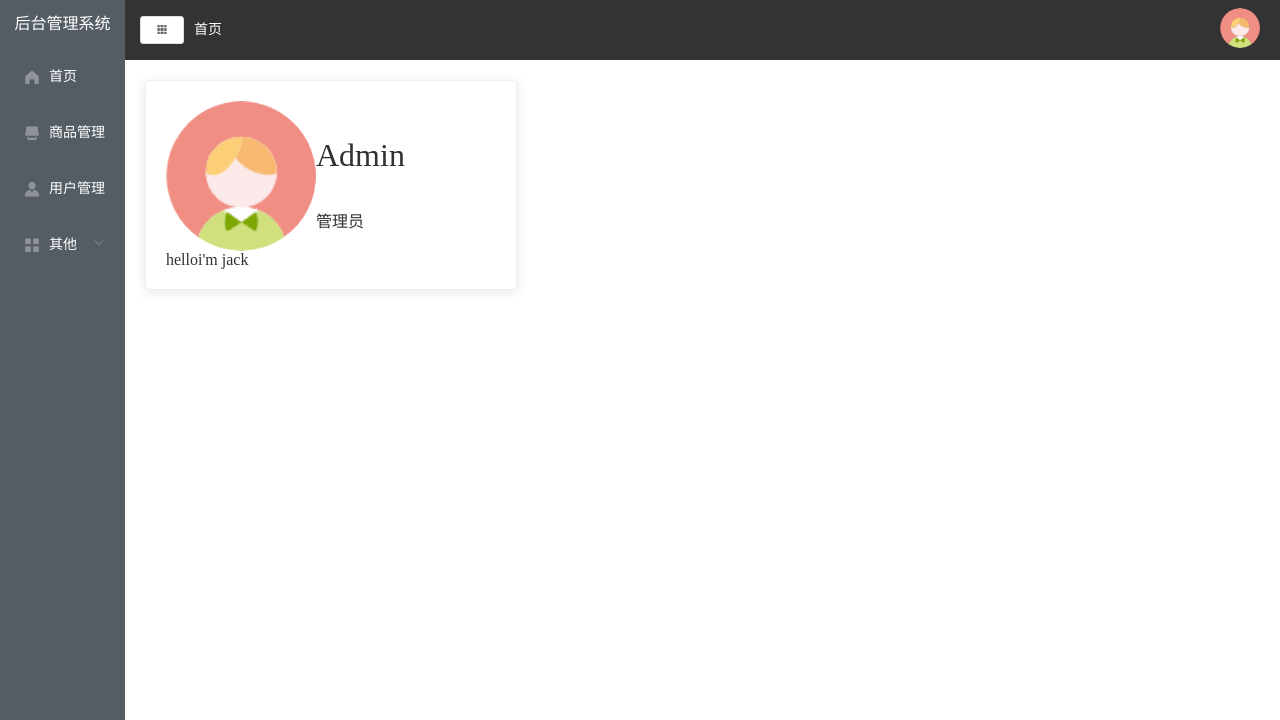
Repository: tkqi/manage
Page: /
An editor plug-in stored every save of this project. The page is shown before and after the next save, followed by the edit.
The browser window is 1280 px wide. The pictures show the whole page.
The project was rebuilt for these pictures with package versions that can differ from the ones it lists, and the page was loaded fresh each time. Also part of the build but not shown: vue.config.js.

Above is the page before, as saved 2023-12-03 15:38:29.

### src/main.js
import Vue from 'vue'
import App from './App.vue'
import router from './router'
import store from './store'
import ElementUI from 'element-ui';
import 'element-ui/lib/theme-chalk/index.css';

Vue.config.productionTip = false
Vue.use(ElementUI);

new Vue({
  router,
  store,
  render: h => h(App)
}).$mount('#app')

### src/App.vue
<template>
  <div id="app">
    <!-- 路由出口 -->
    <router-view />
  </div>
</template>

<script>
export default {
  name: 'App'
}
</script>

<style lang="less">
html,
body,
h3 {
  margin: 0;
  padding: 0;
}
</style>

### src/router/index.js
import Vue from 'vue'
import VueRouter from 'vue-router'
import routes from './routes'
Vue.use(VueRouter)


const router = new VueRouter({
  routes: routes
})

// 暴露router实例
export default router

### src/store/index.js
import Vue from 'vue'
import Vuex from 'vuex'
import tab from './tab.js'

Vue.use(Vuex)

const store = new Vuex.Store({
  state: {

  },
  getters: {
  },
  mutations: {
  },
  actions: {
  },
  modules: {
    tab
  }
})

export default store;

### src/router/routes.js
export default [
    // 主路由
    {
        path: '/',
        component: () => import('../views/Main.vue'),
        redirect: '/home',// 重定向
        // 子路由
        children: [
            {
                // 首页
                path: '/home',
                // 路由组件懒加载
                component: () => import('../views/Home.vue')
            },
            {
                // 用户管理
                path: '/user',
                component: () => import('../views/User.vue')
            },
            {
                // 商品管理
                path: '/mall',
                component: () => import('../views/Mall.vue')
            },
            {
                // 其他/页面1
                path: '/page1',
                component: () => import('../views/Page1.vue')
            },
            {
                // 其他/页面2
                path: '/page2',
                component: () => import('../views/Page2.vue')
            },
        ]
    },
    {
        path: '/home',
        // 路由组件懒加载
        component: () => import('../views/Home.vue')
    },
    {
        path: '/user',
        component: () => import('../views/User.vue')
    }
]

### src/store/tab.js
// 菜单相关数据
export default {
    state: {
        isCollapse: false
    },
    getters: {
        getisCollapse: (state) => state.isCollapse
    },
    mutations: {
        EDITIsCollapse(state){
            state.isCollapse = !state.isCollapse;
        }
    }
}

### src/views/Main.vue
<!-- eslint-disable vue/multi-word-component-names -->
<template>
    <div>
        <el-container>
            <el-aside width="auto">
                <sidebar />
            </el-aside>
            <el-container>
                <el-header>
                    <topbar />
                </el-header>
                <el-main>
                    <transition>
                        <router-view />
                    </transition>
                </el-main>
            </el-container>
        </el-container>
    </div>
</template>

<script>
import sidebar from '../components/sidebar.vue'
import topbar from '../components/topbar.vue';
export default {
    components: {
        sidebar,
        topbar
    }
}
</script>

<style lang="less" scoped>
.el-header {
    padding: 0;
    margin: 0;
}
</style>

### src/views/Home.vue
<!-- eslint-disable vue/multi-word-component-names -->
<template>
    <el-row>
        <el-col :span="8">
            <div >
                <el-card class="box-card">
                    <div class="user">
                        <img class="img" src="../assets/img/user-default.png" alt="">
                        <div class="user-info">
                            <P class="name">Admin</P>
                            <p class="access">管理员</p>
                        </div>
                    </div>
                    <div class="login-info">
                        <span>hello</span>
                        <span>i'm jack</span>
                    </div>
                </el-card>
            </div>
        </el-col>
        <el-col :span="16">
            <div class="grid-content bg-purple-light"></div>
        </el-col>
    </el-row>
</template>

<script>
export default {
    data() {
        return {

        }
    }
}
</script>
<style lang="less" scoped>
.user{
    display: flex;
    justify-content: space-between;
    align-items: center;
    padding-right: 100px;
    .user-info{

        .name{
            font-size: 32px;
            padding-bottom: 2px;
        }
    }
    img{
        height: 150px;
        width:150px;
        border-radius: 50%;
    }
}
</style>

### src/components/sidebar.vue
<!-- eslint-disable vue/multi-word-component-names -->
<template>
    <el-menu class="menu" @open="handleOpen" @close="handleClose" :collapse="isCollapse" background-color="#545c64"
        text-color="#fff" active-text-color="#ffd04b">
        <h3>{{ !isCollapse?'后台管理系统':'后台' }}</h3>
        <el-menu-item v-for="item in noChildren" :key="item.name" :index="item.name" @click="clickMenu(item)">
            <i :class="`el-icon-${item.icon}`"></i>
            <span slot="title">{{ item.label }}</span>
        </el-menu-item>
        <el-submenu v-for="item in hasChildren" :key="item.label" :index="item.label">
            <template slot="title">
                <i :class="`el-icon-${item.icon}`"></i>
                <span slot="title">{{ item.label }}</span>
            </template>
            <el-menu-item-group v-for="subitem in item.children" :key="subitem.name">
                <el-menu-item :index="subitem.name" @click="clickSubmenu(subitem)">
                    <!-- <template slot="title"> -->
                    <i :class="`el-icon-${subitem.icon}`"></i>
                    <span slot="title">{{ subitem.name }}</span>
                    <!-- </template> -->
                </el-menu-item>
            </el-menu-item-group>
        </el-submenu>
    </el-menu>
</template>

<script>
export default {
    computed: {
        // 无子菜单
        noChildren() {
            return this.menuData.filter(o => !o.children);
        },
        // 有子菜单
        hasChildren() {
            return this.menuData.filter(o => o.children);
        },
        isCollapse() {
           return this.$store.state.tab.isCollapse;
        }
    },
    data() {
        return {
            // 使用store实时改变属性需要定义到computed
            // isCollapse: this.$store.getters('getisCollapse'),
            menuData: [
                {
                    path: '/',
                    name: 'home',
                    label: "首页",
                    icon: 's-home',
                    url: 'Home/Home'
                },
                {
                    path: '/mall',
                    name: 'mall',
                    label: "商品管理",
                    icon: 's-shop',
                    url: 'MallManage/MallManage'
                },
                {
                    path: '/user',
                    name: 'user',
                    label: "用户管理",
                    icon: 's-custom',
                    url: 'UserManage/UserManage'
                },
                {
                    label: '其他',
                    icon: 'menu',
                    children: [
                        {
                            path: '/page1',
                            name: 'page1',
                            label: "页面1",
                            icon: 's-claim',
                            url: 'Other/PageOne'
                        },
                        {
                            path: '/page2',
                            name: 'page2',
                            label: "页面2",
                            icon: 's-claim',
                            url: 'Other/PageTwo'
                        },
                    ]
                }
            ]
        };
    },
    methods: {
        handleOpen(key, keyPath) {
            console.log(key, keyPath);
        },
        handleClose(key, keyPath) {
            console.log(key, keyPath);
        },
        clickMenu(item) {
            console.log(this.$router.currentRoute.path);
            // 判断当前路由于点击链接的路由不一致才跳转
            if (item.path != this.$route.path && !(this.$route.path == '/home' && item.path == '/'))
                this.$router.push(item.path);
        },
        clickSubmenu(subitem) {
            // 判断当前路由于点击链接的路由不一致才跳转
            if (subitem.path != this.$route.path)
                this.$router.push(subitem.path);
        }
    }
}
</script>

<style lang="less" scoped>
.el-menu-vertical-demo:not(.el-menu--collapse) {
    width: 200px;
    min-height: 400px;
}

.menu {
    height: 100vh;
    border-right:0;
    h3 {
        color: rgb(255, 255, 255);
        text-align: center;
        line-height: 48px;
        font-size: 16px;
        font-weight: 400;
    }
}
</style>

### src/components/topbar.vue
<!-- eslint-disable vue/multi-word-component-names -->
<template>
    <div class="head-container">
        <div class="l-content">
            <el-button icon="el-icon-s-grid" size="mini" @click="changeCollapse()"/>
            <!-- 面包屑 -->
            <span class="text">首页</span>
        </div>
        <div class="r-content">
            <el-dropdown>
                <span class="el-dropdown-link">
                    <img class="img" src="../assets/img/user-default.png" alt="">
                </span>
                <el-dropdown-menu slot="dropdown">
                    <el-dropdown-item>个人中心</el-dropdown-item>
                    <el-dropdown-item>退出</el-dropdown-item>
                </el-dropdown-menu>
            </el-dropdown>
        </div>
    </div>
</template>

<script>
export default {
    data(){
        return{

        }
    },
    methods:{
        changeCollapse(){
            console.log(1);
            this.$store.commit('EDITIsCollapse');
        }
    }
}
</script>

<style lang="less" scoped>
.head-container {
    background-color: #333;
    height: 60px;
    display: flex;
    justify-content: space-between;
    align-items: center;
    padding-left: 15px;
    padding-right: 20px;
}

// .l-content {
//     padding-left: 15px;
// }

// .r-content {}

.text {
    color: white;
    font-size: 14px;
    padding-left: 10px;
}

.img{
    height: 40px;
    width: 40px;
    border-radius: 50%;
}
</style>

Loaded but not shown: public/index.html (common file)

After the next save:
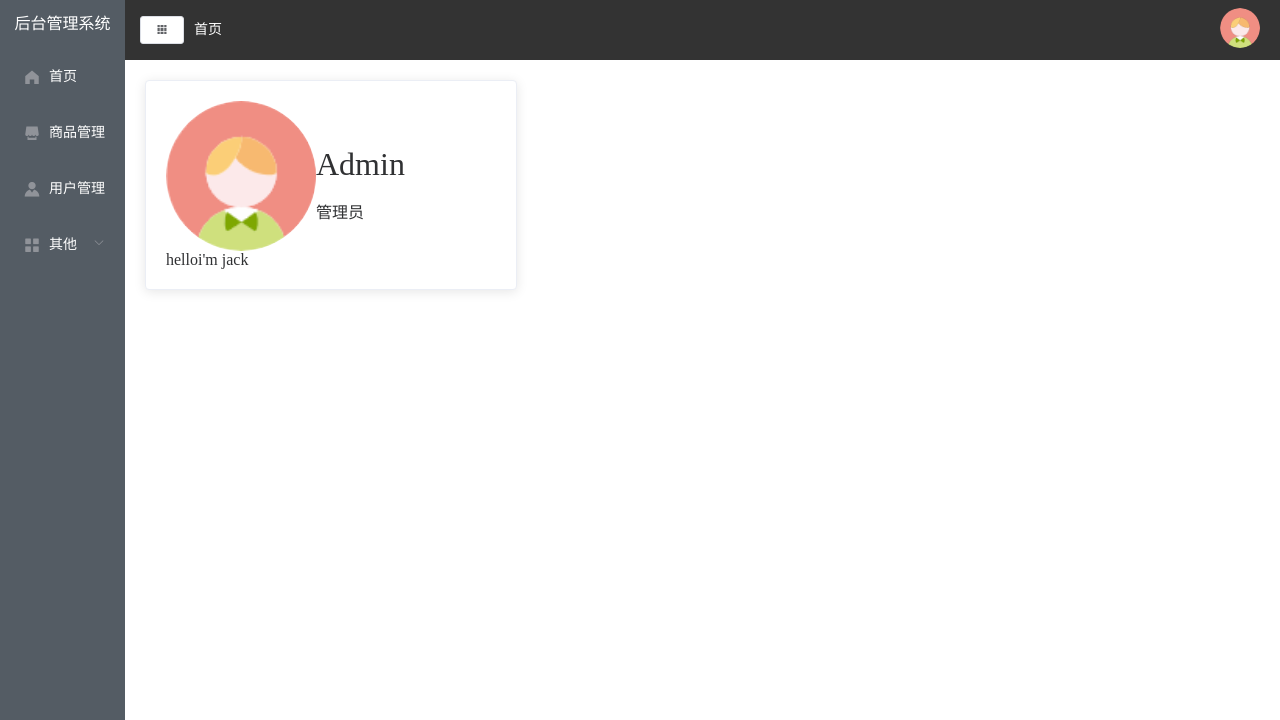
Saved 83 s later.
--- a/src/views/Home.vue
+++ b/src/views/Home.vue
@@ -43,7 +43,7 @@ export default {
 
         .name{
             font-size: 32px;
-            padding-bottom: 2px;
+            margin-bottom: 10px;
         }
     }
     img{
